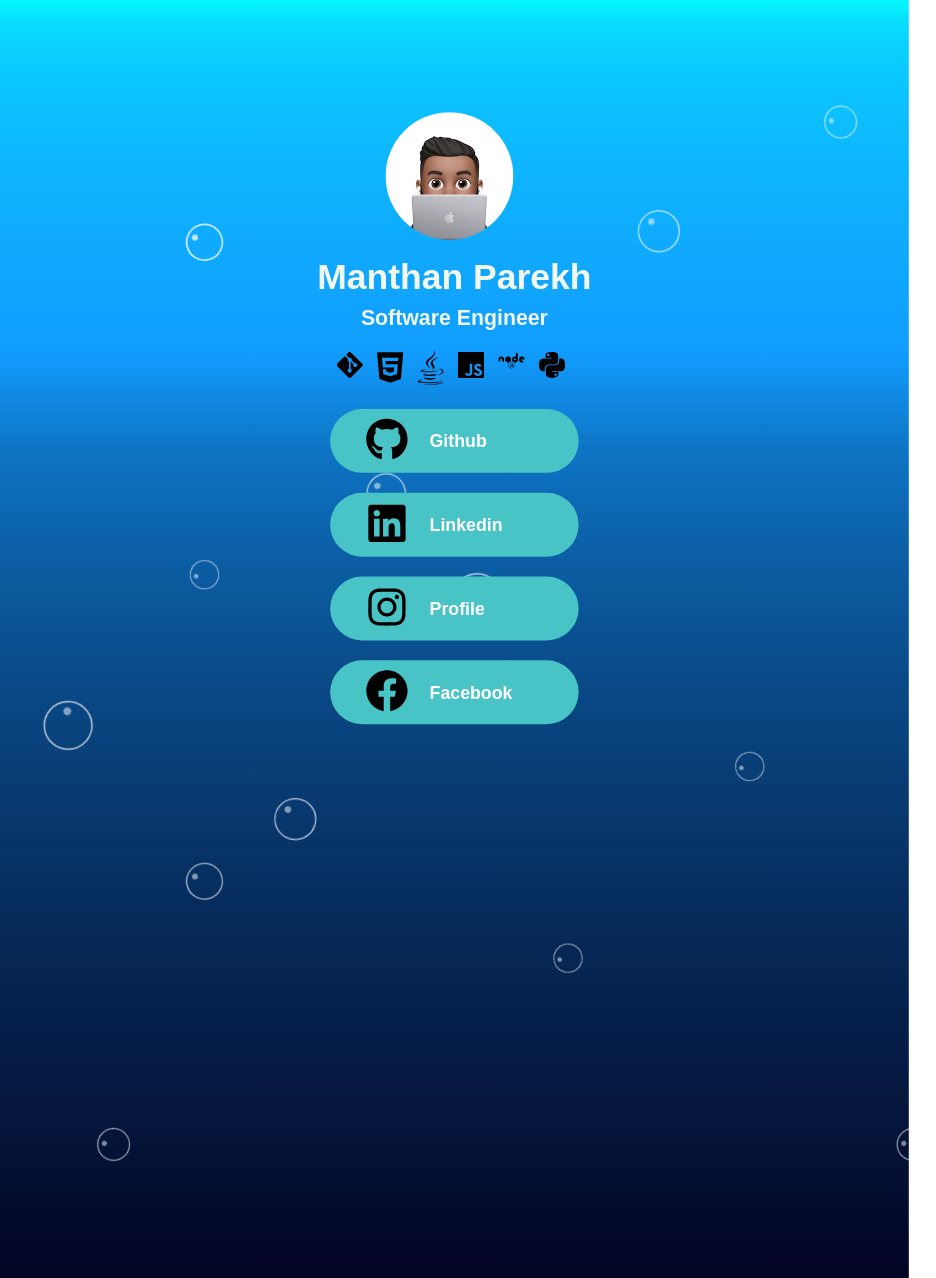
Repository: manthanparekh/linktree-clone
Page: index.html
These files come from the project's save history. The page is drawn as it stood at one moment and after the next save; the edit follows.
The browser window is 1280 px wide. The page is 1319 px wide, so the pictures cover 1319 px, including what lies to the right of the window. The pictures show the whole page, at 71% of full size.
Some web fonts or font styles are not loaded; a fallback is used.

Above is the page before, as saved 2023-05-23 16:01:57.

After the next save:
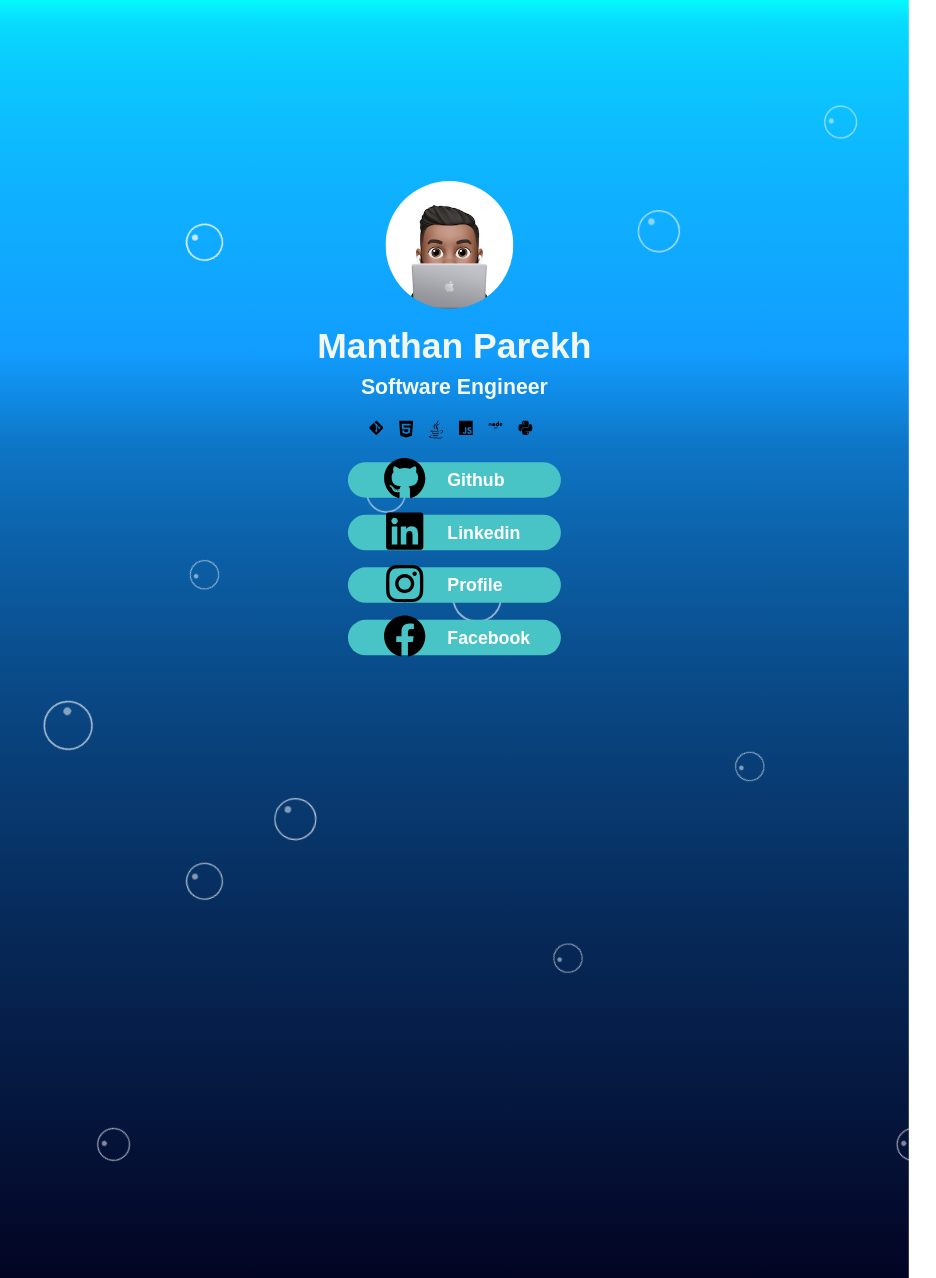
Saved 81 s later.
--- a/style/block-information.css
+++ b/style/block-information.css
@@ -74,16 +74,15 @@
 
 div.icon-horizontal {
     height: 30px;
-    width: 37px;
-    padding: 5px;
+    width: 20px;
+    padding: 6px;
     float: left;
     margin-right: 10px;
-    margin-bottom: 20px;
 }
 
 div.click-here{
-    width: 350px;
-    height: 90px;
+    width: 300px;
+    height: 50px;
     background-color: #49c4c6;
     border-radius: 50px;
     margin-top: 8%;
